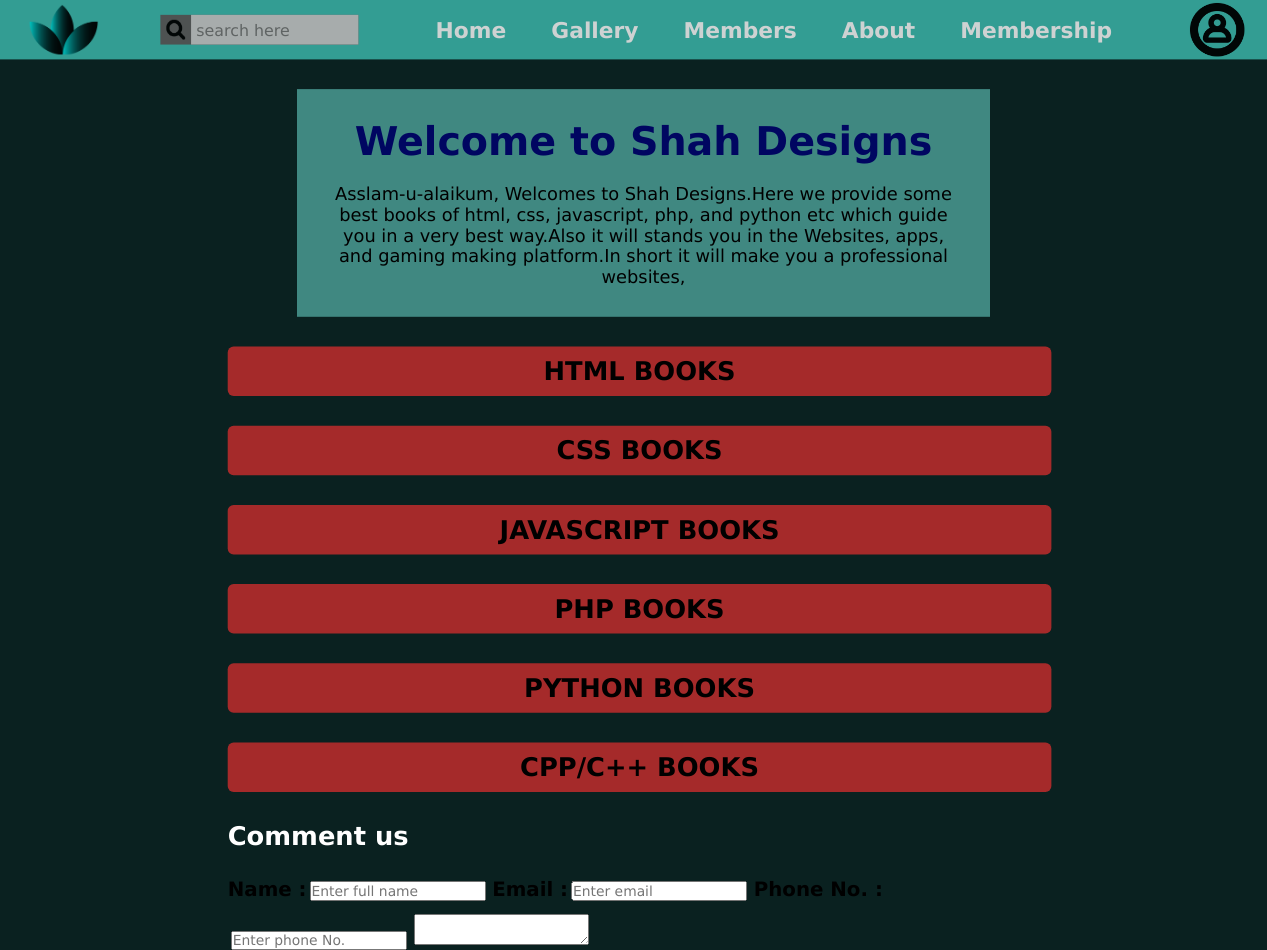
Repository: RawahaMR11/my_assignments
Page: rawaha computer/Shah Designs web/Shah home page.html
The author's editor kept a copy of each file at every save. The page is drawn from the files as they stood at one save, then again after the next save.
The browser window is 1280 px wide. The pictures show the whole page, at 99% of full size.

Above is the page before, as saved 2024-12-13 08:55:43.

After the next save:
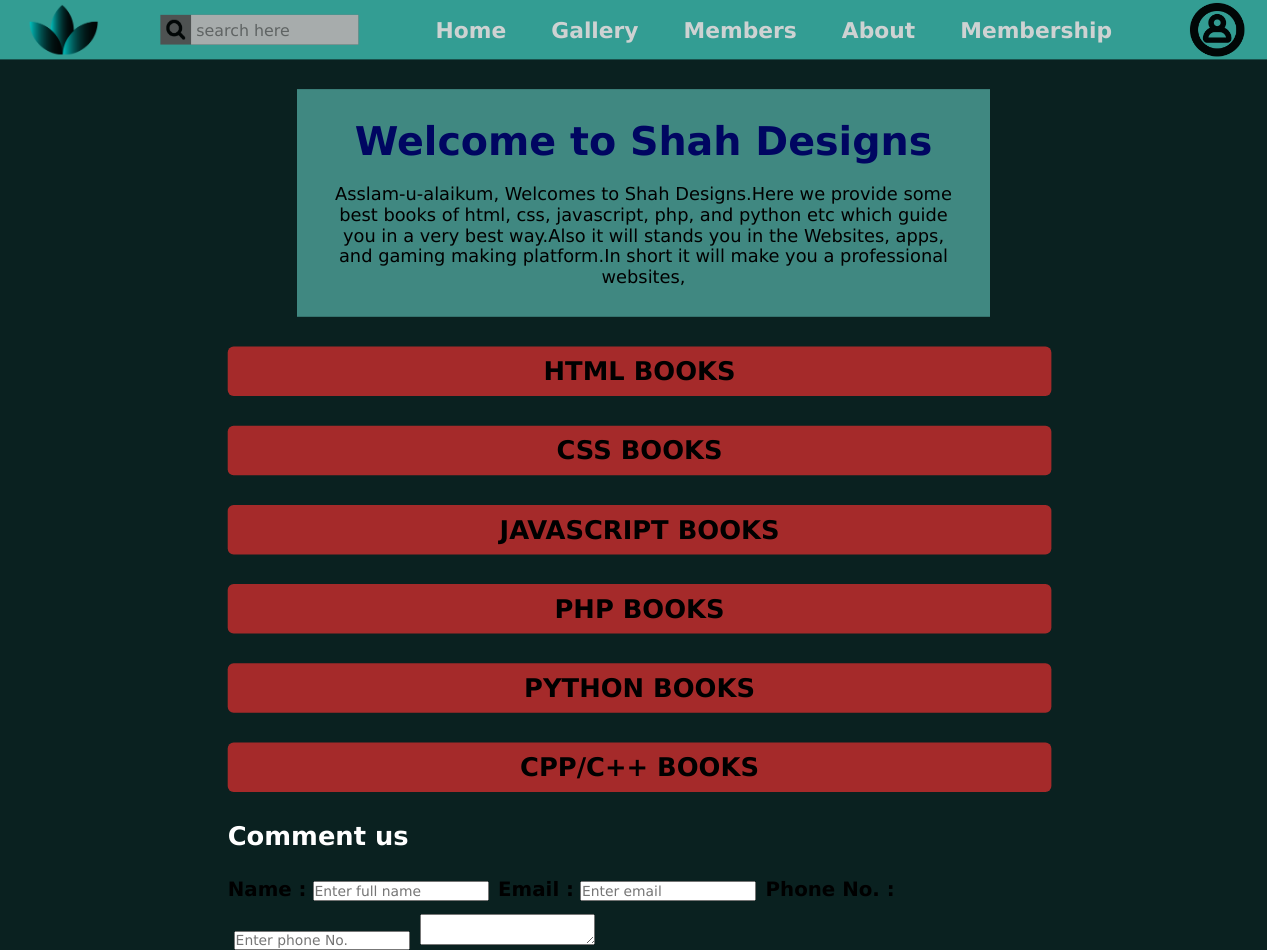
Saved 16 s later.
--- a/rawaha computer/Shah Designs web/Shah home page.css
+++ b/rawaha computer/Shah Designs web/Shah home page.css
@@ -297,7 +297,7 @@ header {
       gap: 20px;
 }
 .comment input {
-      margin: 30px 3px 0;
+      margin: 30px 6px 0;
       font-family: Verdana, Geneva, Tahoma, sans-serif;
       font-size: 14px;
 
